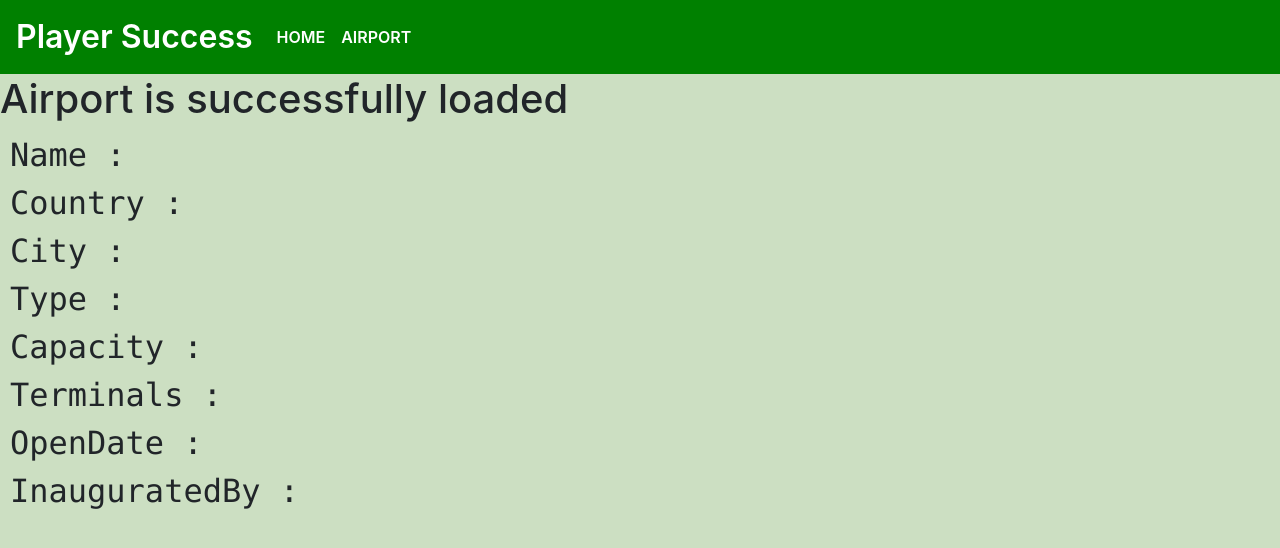
Repository: 05Mohammedismail/xworkz--Advance-Java
Page: http://localhost/Sep13_JSP/airportSuccess.jsp
These files come from the project's save history. The page is drawn as it stood at one moment and after the next save; the edit follows.
The browser window is 1280 px wide. The pictures show the whole page.
The page is served by Tomcat 9. The template is opened directly, without the code that normally fills it, so the values that code supplies are empty.

Above is the page before, as saved 2023-09-13 20:36:59.

After the next save:
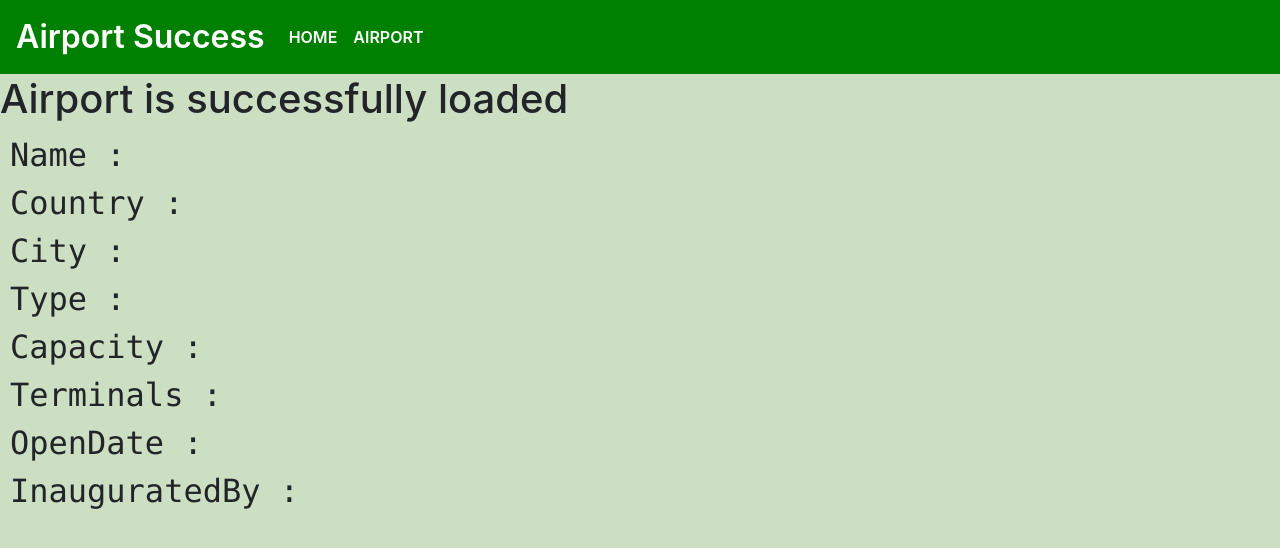
Saved 12 s later.
--- a/Sep13_JSP/src/main/webapp/airportSuccess.jsp
+++ b/Sep13_JSP/src/main/webapp/airportSuccess.jsp
@@ -37,7 +37,7 @@ text-decoration: underline;
 
   <body>
    <nav class="navbar navbar-expand-lg navbar-light">
-  <a class="navbar-brand">Player Success</a>
+  <a class="navbar-brand">Airport Success</a>
   <button class="navbar-toggler" type="button" data-toggle="collapse" data-target="#navbarNav" aria-controls="navbarNav" aria-expanded="false" aria-label="Toggle navigation">
     <span class="navbar-toggler-icon"></span>
   </button>
